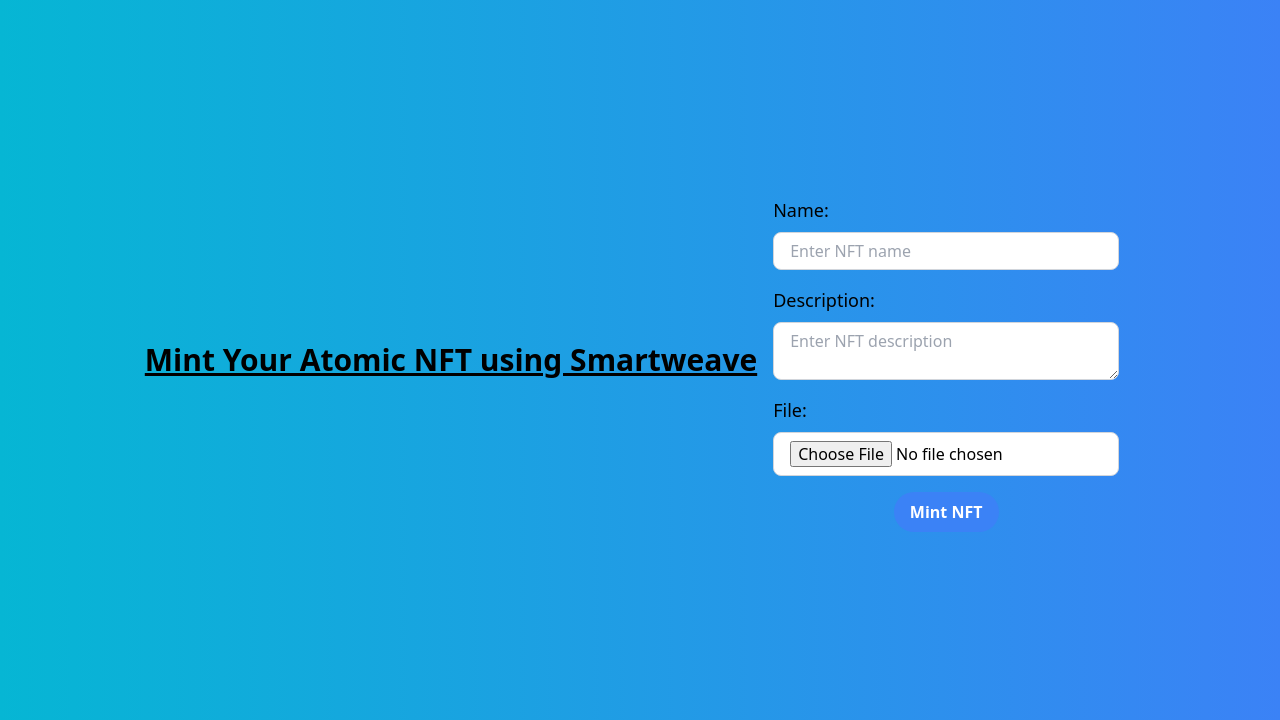
Repository: pawelpiwowarski/arweave-nft
Page: /
The author's editor kept a copy of each file at every save. The page is drawn from the files as they stood at one save, then again after the next save.
The browser window is 1280 px wide. The pictures show the whole page.
The project was rebuilt for these pictures with package versions that can differ from the ones it lists, and the page was loaded fresh each time. The framework's server and built-in components were replaced by stand-ins that run in the browser.

Above is the page before, as saved 2023-01-30 14:45:34.

### pages/_app.tsx
import '../styles/globals.css'

function MyApp({ Component, pageProps }) {
    return <Component {...pageProps} />
    }

export default MyApp

### pages/index.tsx
import { useState } from "react";
import connectToContract from '../configureWarpClient'
import {mintAtomicNFT} from '/Users/pawelpiwowarski/Arweave/arwaeve-nft/contracts/tools/mintatomicnft'
import FormData from "form-data";

function HomePage() {

const [name, setName] = useState<string | null>(null);
const [respoonse, setResponse] = useState<string | null>(null);
const [description, setDescription] = useState<string | null>(null);




  async function handleSubmision(event: any) {
    const file = document.getElementById('file') as HTMLInputElement;

    // prevent fromm re
    event.preventDefault();
    const {address} = await connectToContract();
    console.log(file.files[0])
    const formData = new FormData() as any;
    formData.append('address', address);
    formData.append('blob', file.files[0]);
    formData.append('name', name);
    formData.append('description', description);

    const respoonse  = await fetch('http://localhost:3000/api/mint', { method: 'POST', body: formData });


    const {tx} = await respoonse.json();
    setResponse(tx);


  }
  async function handleFile() {

    console.log('file selected');



  }




  return (

       //centered div and apply nice background color
    <div className="bg-gradient-to-r from-cyan-500 to-blue-500 flex justify-center items-center h-screen bg-gray-100">


      <h1 className="text-3xl font-bold underline" >Mint Your Atomic NFT using Smartweave </h1>
      <form>
  <div className="flex flex-col m-4">
    <label className="text-lg font-medium mb-2" >Name:</label>
    <input className="bg-white focus:outline-none focus:shadow-outline-blue border border-gray-300 rounded-lg py-2 px-4 block w-full leading-5"
     type="text" id="name" name="name" placeholder="Enter NFT name" onChange= {(e)=> {

      setName(e.target.value);

     }}required/>
  </div>

  <div className="flex flex-col m-4">
    <label className="text-lg font-medium mb-2" >Description:</label>
    <textarea className="bg-white focus:outline-none focus:shadow-outline-blue border border-gray-300 rounded-lg py-2 px-4 block w-full leading-5"
    id="description" name="description" placeholder="Enter NFT description" onChange = {(e)=> {

        setDescription(e.target.value);

    }}required></textarea>
  </div>

  <div className="flex flex-col m-4">
    <label className="text-lg font-medium mb-2" >File:</label>
    <input className="bg-white focus:outline-none focus:shadow-outline-blue border border-gray-300 rounded-lg py-2 px-4 block w-full leading-5"
     type="file" id="file" name="file" onChange={handleFile} placeholder="Select NFT file" required/>
  </div>

  <div className="flex justify-center">
    <button className="bg-blue-500 hover:bg-blue-700 text-white font-bold py-2 px-4 rounded-full"  onClick={handleSubmision}>

      Mint NFT
    </button>

  </div>


  <div className="flex justify-center">
    <p className="text-lg font-medium mb-2" >{respoonse}</p>
  </div>

</form>






    </div>

  );
}

export default HomePage;

### configureWarpClient.ts
import { WarpFactory } from "warp-contracts";


let warp;


async function connectToContract() {
  warp = WarpFactory.forMainnet();

  // obtain the signature from the user who is using ArConnect wallet

  await window.arweaveWallet.connect([
    "ACCESS_ADDRESS",
    "SIGN_TRANSACTION",
    "SIGNATURE",
  ]);

  const address = await window.arweaveWallet.getActiveAddress();
  return { address };
}

export default connectToContract;

Loaded but not shown: styles/globals.css (common file); tailwind.config.js (common file)

After the next save:
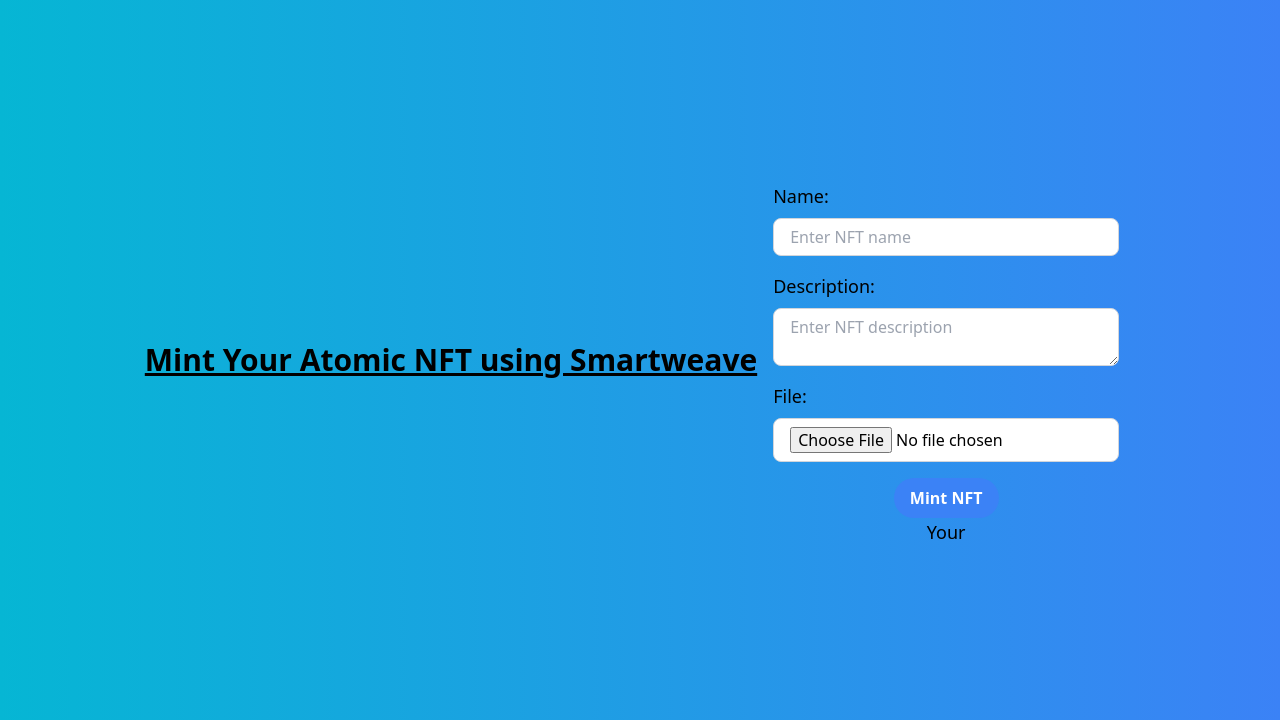
Saved 37 s later.
--- a/pages/index.tsx
+++ b/pages/index.tsx
@@ -88,7 +88,7 @@
 
 
   <div className="flex justify-center">
-    <p className="text-lg font-medium mb-2" >{respoonse}</p>
+    <p className="text-lg font-medium mb-2" > <a href={respoonse}></a> Your </p>
   </div>
 
 </form>
